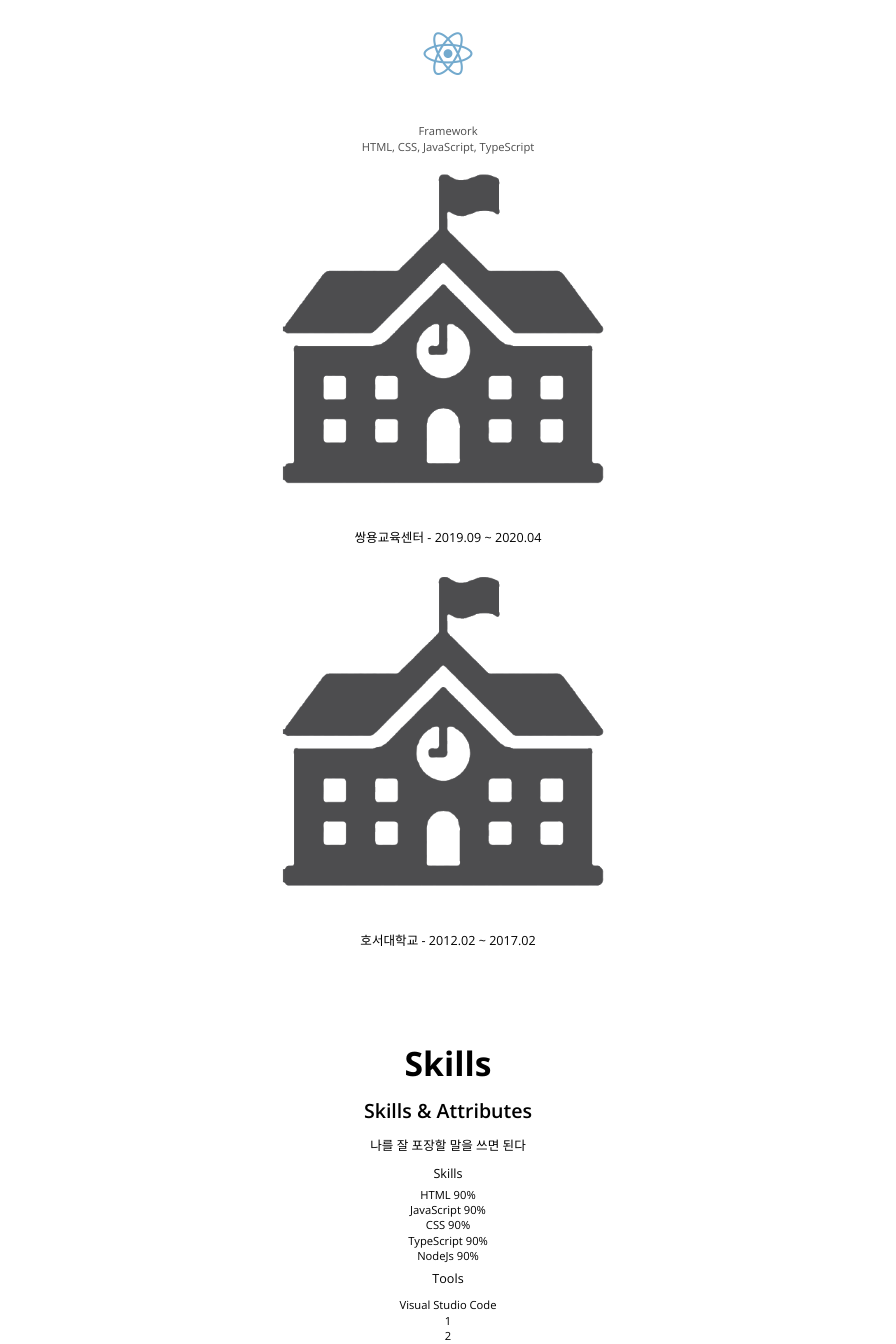
Repository: DevMinwoo-Jung/MinwooPortfolio
Page: index.html
The author's editor kept a copy of each file at every save. The page is drawn from the files as they stood at one save, then again after the next save.
The browser window is 1280 px wide. The pictures show the part of the page from y = 2085 to 4005 px (the page is 8130 px tall before and 8120 px after), at 70% of full size.

Above is the page before, as saved 2021-05-31 14:44:40.

After the next save:
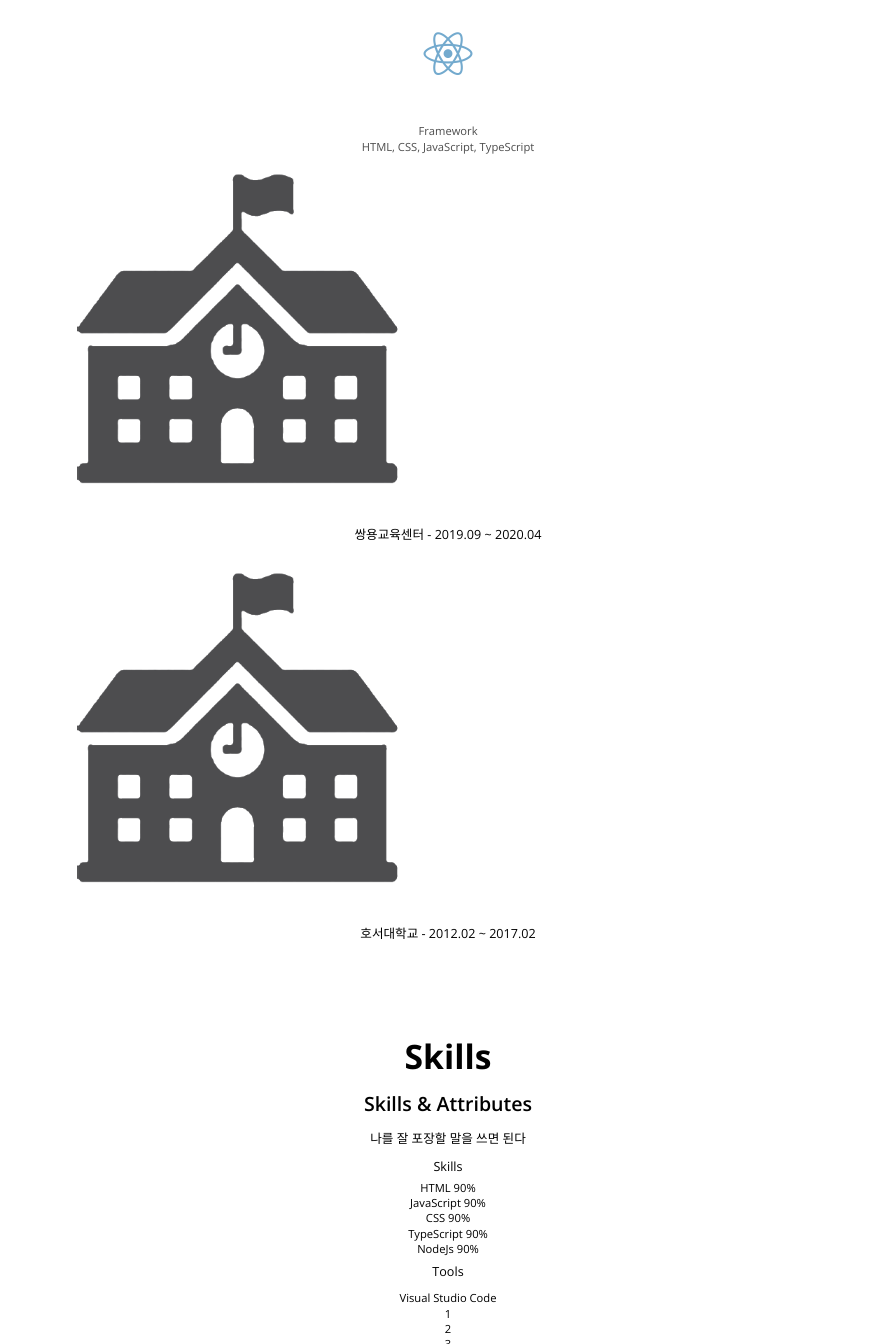
Saved 32 s later.
--- a/style.css
+++ b/style.css
@@ -29,6 +29,9 @@
 
   /* Size */
   --size-border-radius: 4px;
+
+  /* Animation Duration */
+  --animation-duration: 300ms;
 }
 
 /* Universal tags */
@@ -188,8 +191,9 @@ button {
 }
 
 .major__icon i {
-  transition: all 300ms ease;
-}
+  transition: all var(--animation-duration) ease;
+}
+
 /*
 .major__icon i:hover{
   이렇게하면 i에 올려났을때만 변하지만
@@ -206,3 +210,8 @@ button {
 .major__description {
   font-size: var(--font-small);
 }
+
+.job {
+  display: flex;
+  align-items: center;
+}
